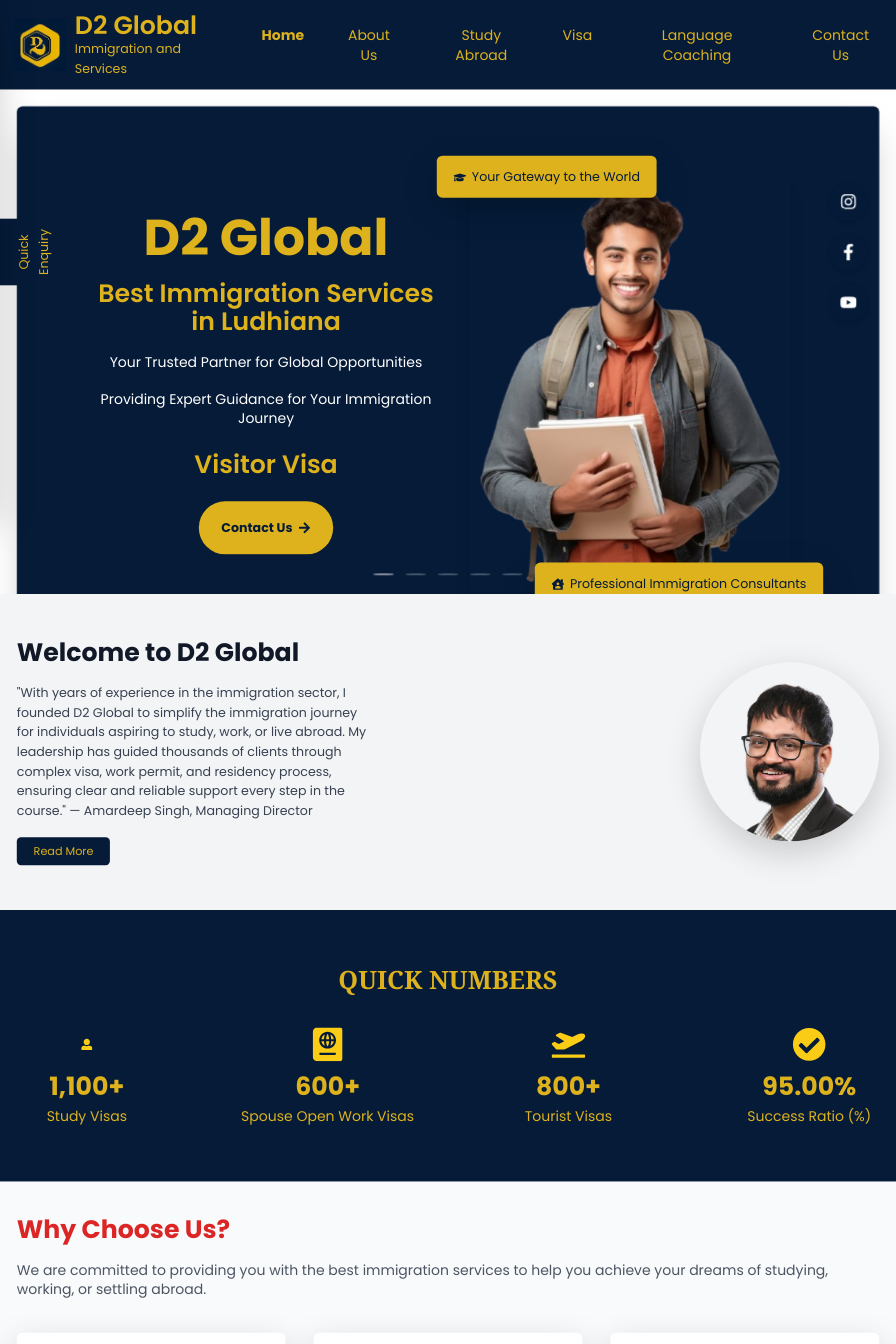
Repository: abhijeets54/d2globalbackup
Page: /
An editor plug-in stored every save of this project. The page is shown before and after a run of saves, followed by the edit.
The browser window is 1280 px wide. The pictures show the part of the page from y = 0 to 1920 px (the page is 6748 px tall), at 70% of full size.
The page's requests for data from a server got no answer. The project was rebuilt for these pictures with package versions that can differ from the ones it lists, and the page was loaded fresh each time. No one was signed in, and anything a server would have sent is missing. Also part of the build but not shown: vite.config.js, src/components/Button.jsx, src/components/PostCard.jsx, src/components/Input.jsx, src/components/PopupForm.jsx, src/components/Events.jsx, src/components/People.jsx, src/Newsletter/NewsletterComponent.jsx and 28 more. Imported but missing from the stored project, and not drawn on this page: src/components/Donate/RestoftheWorld.jsx, src/components/Donate/WithInIndia.jsx, src/components/JoinUs.jsx, src/components/Projects/Awareness.jsx, src/components/Projects/Education.jsx, src/components/Projects/HumanitarianAid.jsx, src/components/ThreePillars.jsx, src/pages/Donate.jsx and 2 more.

Above is the page before, as saved 2024-10-04 13:14:51.

### index.html
<!doctype html>
<html lang="en">
  <head>
    <meta charset="UTF-8" />
    <link rel="icon" type="image/svg+xml" href="/logo.webp" />
    <meta name="viewport" content="width=device-width, initial-scale=1.0" />
    <link href="https://fonts.googleapis.com/css2?family=Gothic+A1&family=Inconsolata:wght@200..900&family=Mukta:wght@200;300;400;500;600;700;800&family=Poppins:ital,wght@0,100;0,200;0,300;0,400;0,500;0,600;0,700;0,800;0,900;1,100;1,200;1,300;1,400;1,500;1,600;1,700;1,800;1,900&display=swap" rel="stylesheet">

    <link href="https://cdn.jsdelivr.net/npm/bootstrap@5.3.3/dist/css/bootstrap.min.css" rel="stylesheet" integrity="sha384-QWTKZyjpPEjISv5WaRU9OFeRpok6YctnYmDr5pNlyT2bRjXh0JMhjY6hW+ALEwIH" crossorigin="anonymous">
    <link
  rel="stylesheet"
  href="https://cdnjs.cloudflare.com/ajax/libs/font-awesome/5.15.3/css/all.min.css"
/>
    <title>D2 Global</title>
  </head>
  <body class="bg-slate-400">
    <div id="root"></div>
    <script src="https://cdn.jsdelivr.net/npm/bootstrap@5.3.3/dist/js/bootstrap.bundle.min.js" integrity="sha384-YvpcrYf0tY3lHB60NNkmXc5s9fDVZLESaAA55NDzOxhy9GkcIdslK1eN7N6jIeHz" crossorigin="anonymous"></script>
    <script type="module" src="/src/main.jsx"></script>
  </body>
</html>

### src/App.jsx
import React, { useState, useEffect } from 'react'
import './App.css'
import { Footer, Header } from './components'
import { Outlet } from 'react-router-dom'


function App() {
  const [loading, setLoading] = useState(false)

  return !loading ? (
    <div className='min-h-screen flex flex-wrap content-between bg-gray-400'>
      <div className='w-full block'>
        <Header />
        <main>
        <Outlet />
        </main>
        <Footer />
      </div>
    </div>
  ) : null
}

export default App

### src/pages/Home.jsx
import React, { useState } from 'react';
import { useNavigate } from 'react-router-dom';
import Collage from '../components/Collage';
import OurAssociates from '../components/OurAssociates';
import QuickNumbers from '../components/QuickNumbers';
import WhatPeopleAreSaying from '../components/WhatPeopleAreSaying';

import Register from '../components/Register';

import About from '../components/About';
import Offer from '../components/Offer';
import Countries from '../components/Countries';
import PopupForm from '../components/PopupForm';
import Events from '../components/Events';
import QuickEnquiry from '../components/ContactUs/QuickEnquiry';
import Choose from '../components/Choose';
import People from '../components/People';
import CollageWithAnimations from '../components/CollageWithAnimations';
function Home() {
  const navigate = useNavigate();
  const [showFullText, setShowFullText] = useState(false);

  const handleReadMore = () => {
    navigate('/About');
  };

  const handleMoreAboutUs = () => {
    setShowFullText(!showFullText);
  };

  return (
    <>
   {/* <CollageWithAnimations/> */}
      {/* <PopupForm /> */}
      <QuickEnquiry />
      <Collage />

        <About />
        {/* <People/> */}
        <QuickNumbers />
        <Choose/>
        <Offer />

        {/* <Timeline /> */}



            <Countries />


            <OurAssociates />

          <WhatPeopleAreSaying />
          {/* <Events /> */}

          <Register />


    </>
  );
}

export default Home;

### src/components/About.jsx
import React, { useEffect, useState, useRef } from 'react';
import { useNavigate } from 'react-router-dom';

const About = () => {
  const [slideIn, setSlideIn] = useState(false);
  const aboutSectionRef = useRef(null);
  const navigate = useNavigate();

  useEffect(() => {
    const observer = new IntersectionObserver(
      (entries) => {
        entries.forEach((entry) => {
          if (entry.isIntersecting) {
            setSlideIn(true);
          }
        });
      },
      {
        threshold: 0.3,
      }
    );

    if (aboutSectionRef.current) {
      observer.observe(aboutSectionRef.current);
    }

    return () => {
      if (aboutSectionRef.current) {
        observer.unobserve(aboutSectionRef.current);
      }
    };
  }, []);

  const handleReadMore = () => {
    navigate('/AboutUs');
  };

  return (
    <div ref={aboutSectionRef} className="flex items-center justify-center bg-gray-100 py-12 md:py-16">
      <div className="container mx-auto flex flex-col md:flex-row items-center justify-between px-4">

        {/* Sliding Text Content */}
        <div
          className={`transform transition-transform duration-1000 ${
            slideIn ? 'translate-x-0' : '-translate-x-full'
          } mt-8 md:mt-0 md:mr-10 max-w-lg text-left md:text-left`}
        >
          <h2 className="text-3xl md:text-4xl  font-bold mb-4 text-gray-900">Welcome to D2 Global</h2>
          <p className="text-base md:text-lg text-gray-700">
          "With years of experience in the immigration sector, I founded D2 Global to simplify the immigration journey for individuals aspiring to study, work, or live abroad. My leadership has guided thousands of clients through complex visa, work permit, and residency process, ensuring clear and reliable support every step in the course."

— Amardeep Singh, Managing Director
          </p>

          {/* Read More Button */}
          <button
            onClick={handleReadMore}
            className="mt-4 inline-block bg-customBlue text-customYellow px-6 py-2 rounded-md hover:bg-blue-600 transition-colors duration-300"
          >
            Read More
          </button>
        </div>

      {/* Sliding Image */}
<div
  className={`transform transition-transform duration-1000 ${
    slideIn ? 'translate-x-0' : 'translate-x-full'
  } mt-8 md:mt-0`}
>
  <img
    src="amar.webp"
    alt="Profile"
    className="rounded-full shadow-lg w-48 h-48 md:w-64 md:h-64 object-cover object-top mx-auto md:mx-0"
    style={{ objectPosition: 'top center' }} // This will center the face more
  />
</div>


      </div>
    </div>
  );
};

export default About;

### src/components/Layout.jsx
// src/components/Layout.jsx
import React from 'react';
import { Outlet, useNavigate } from 'react-router-dom';

const Layout = () => {
  const navigate = useNavigate();

  const handleDonateClick = () => {
    navigate('/Donate');
  };

  return (
    <div>
      <Outlet />
      {/* <a
        href="#top"
        className="fixed right-2 bottom-16 bg-blue-950 text-white hover:bg-yellow-500 py-1 px-2 rounded-2 h-8 w-10 mt-2"
        style={{ zIndex: 1000 }}
      >
        <img src="../../IOC Website pictures/icons8-top-50.png" alt="Go to top " />
      </a> */}
    </div>
  );
};

export default Layout;

### src/components/Collage.jsx
import React from 'react';
import { useNavigate } from 'react-router-dom';
import { FaInstagram, FaFacebookF, FaYoutube, FaArrowRight } from 'react-icons/fa';
import { motion } from 'framer-motion';
import CollageWithAnimations from './CollageWithAnimations';

function Collage() {
  const navigate = useNavigate();

  const handleSocialClick = (url) => {
    window.open(url, '_blank');
  };

  const slideContent = [
    {
      image: '/student.webp',
      title: 'Student Visa',
      description: 'Your Gateway to Global Education',
      buttonText: 'Explore Opportunities',
      link: '/StudyAbroad'
    },
    {
      image: '/tourist.webp',
      title: 'Tourist Visa',
      description: 'Unlock Incredible Travel Experiences',
      buttonText: 'Plan Your Adventure',
      link: '/TouristVisa'
    },
    {
      image: '/ielts.webp',
      title: 'Language Coaching',
      description: 'Master English, Open Global Doors',
      buttonText: 'Boost Your Skills',
      link: '/Training'
    },
    {
      image: '/canadaa.webp',
      title: 'Permanent Residency',
      description: 'Your Path to a New Home Abroad',
      buttonText: 'Start Your Journey',
      link: '/PR'
    }
  ];

  return (
    <div className="relative">
      <div
        id="carouselExampleCaptions"
        className="carousel slide carousel-fade"
        data-bs-ride="carousel"
        data-bs-interval="5000"
      >
        <div className="carousel-indicators">
          {[0, 1, 2, 3, 4].map((index) => (
            <button
              key={index}
              type="button"
              data-bs-target="#carouselExampleCaptions"
              data-bs-slide-to={index}
              className={`${index === 0 ? 'active' : ''} w-3 h-3 rounded-full bg-white bg-opacity-50 mx-2 transition-all duration-300 hover:bg-opacity-100`}
              aria-current={index === 0 ? 'true' : 'false'}
              aria-label={`Slide ${index + 1}`}
            ></button>
          ))}
        </div>

        <div className="carousel-inner">
          {/* Slide 1: CollageWithAnimations Component */}
          <div className="carousel-item active">
            <div className="relative h-screen">
              <CollageWithAnimations />
            </div>
          </div>

          {/* Other Slides */}
          {slideContent.map((slide, index) => (
            <div key={index} className="carousel-item">
              <div className="relative h-screen">
                <img
                  src={slide.image}
                  className="d-block w-full h-full object-cover"
                  alt={slide.title}
                />
                <div className="absolute inset-0 bg-gradient-to-b from-black/70 to-black/30 flex flex-col justify-center items-center">
                  <motion.div
                    className="text-center text-white px-4 max-w-3xl"
                    initial={{ opacity: 0, y: 50 }}
                    animate={{ opacity: 1, y: 0 }}
                    transition={{ duration: 0.5 }}
                  >
                    <h5 className="text-5xl md:text-7xl font-bold mb-6 text-customYellow">{slide.title}</h5>
                    <p className="mb-8 text-xl md:text-3xl font-light">{slide.description}</p>
                    <button
                      className="px-8 py-4 bg-customBlue text-white rounded-full text-lg md:text-xl font-semibold flex items-center justify-center mx-auto hover:bg-customYellow hover:text-customBlue transition-all duration-300 shadow-lg hover:shadow-xl transform hover:-translate-y-1"
                      onClick={() => navigate(slide.link)}
                    >
                      {slide.buttonText}
                      <FaArrowRight className="ml-3" />
                    </button>
                  </motion.div>
                </div>
              </div>
            </div>
          ))}
        </div>
      </div>

      {/* Social Media Buttons */}
      <div className="fixed right-4 md:right-10 top-1/2 transform -translate-y-1/2 flex flex-col space-y-4 z-50">
        {[
          { icon: FaInstagram, url: 'https://www.instagram.com/d2globalinfo?igsh=M244eHMycGdvZDhm' },
          { icon: FaFacebookF, url: 'https://www.facebook.com/profile.php?id=100013114175614&mibextid=LQQJ4d' },
          { icon: FaYoutube, url: 'http://www.youtube.com/@D2Global' }
        ].map((social, index) => (
          <motion.button
            key={index}
            className="w-14 h-14 flex items-center justify-center rounded-full bg-customBlue/80 hover:bg-customYellow text-white hover:text-customBlue transition-all duration-300 shadow-md hover:shadow-lg"
            onClick={() => handleSocialClick(social.url)}
            whileHover={{ scale: 1.1 }}
            whileTap={{ scale: 0.9 }}
          >
            <social.icon className="text-2xl" />
          </motion.button>
        ))}
      </div>
    </div>
  );
}

export default Collage;

### src/components/OurAssociates.jsx
import React from 'react';
import 'tailwindcss/tailwind.css';

const logos = [
  '/oxford.webp',
  '/regent.webp',
  '/webster.webp',
  '/avila.svg',
  '/iau.webp',
  '/bcnlip.webp',
  '/camino.webp',
  '/ihmgs.webp',
  '/uclan.webp',
  '/aura.webp',
  '/lyon.webp'
];

function OurAssociates() {
  return (
    <div className="bg-white py-8">
      <h4 className="text-center text-blue-950 mt-3 text-3xl font-semibold">OUR PARTNERS</h4>
      <br />
      <div className="overflow-hidden relative">
        <div className="flex animate-scroll1 space-x-4 sm:space-x-6 lg:space-x-8">
          {logos.concat(logos).map((logo, index) => (
            <div key={index} className="flex-shrink-0">
              <img
                src={logo}
                alt={`Logo ${index + 1}`}
                className="h-24 w-24 sm:h-32 sm:w-32 lg:h-40 lg:w-40 object-contain"
              />
            </div>
          ))}
        </div>
      </div>
    </div>
  );
}

export default OurAssociates;

### src/components/QuickNumbers.jsx
import React, { useEffect, useState, useRef } from 'react';
import CountUp from 'react-countup';
import { FaUserAlt, FaPassport, FaPlaneDeparture, FaCheckCircle } from 'react-icons/fa';
import 'tailwindcss/tailwind.css';

const data = [
  {
    icon: <FaUserAlt className="h-12 w-12++ text-yellow-400 mb-2" />,
    number: 1100,
    label: 'Study Visas'
  },
  {
    icon: <FaPassport className="h-12 w-12 text-yellow-400 mb-2" />,
    number: 600,
    label: 'Spouse Open Work Visas'
  },
  {
    icon: <FaPlaneDeparture className="h-12 w-12 text-yellow-400 mb-2" />,
    number: 800,
    label: 'Tourist Visas'
  },
  {
    icon: <FaCheckCircle className="h-12 w-12 text-yellow-400 mb-2" />,
    number: 95,
    label: 'Success Ratio (%)',
    isDecimal: true,
  }
];

function QuickNumbers() {
  const [showCounts, setShowCounts] = useState(false);
  const quickNumbersRef = useRef(null);

  useEffect(() => {
    const observer = new IntersectionObserver(
      (entries) => {
        if (entries[0].isIntersecting) {
          setShowCounts(true);
        }
      },
      { threshold: 0.2 }
    );

    if (quickNumbersRef.current) {
      observer.observe(quickNumbersRef.current);
    }

    return () => {
      if (quickNumbersRef.current) {
        observer.unobserve(quickNumbersRef.current);
      }
    };
  }, []);

  return (
    <div ref={quickNumbersRef} className="bg-customBlue py-8 w-full">
      <h2 className="text-center text-2xl sm:text-4xl font-serif font-extrabold text-customYellow pt-5 mb-8">
        QUICK NUMBERS
      </h2>

      {/* Responsive Grid Layout */}
      <div className="grid grid-cols-1 sm:grid-cols-2 lg:grid-cols-4 gap-8 lg:gap-24 mt-5 pb-5">
        {data.map((item, index) => (
          <div key={index} className="text-center text-customYellow flex flex-col items-center">
            <div className="quicknumber flex flex-col justify-center items-center">
              <div className="icon mb-2">{item.icon}</div>
              <h3 className="text-2xl sm:text-4xl font-bold">
                {showCounts && (
                  <CountUp
                    end={item.number}
                    duration={7}
                    decimals={item.isDecimal ? 2 : 0}
                    suffix={item.isDecimal ? "%" : "+"}
                  />
                )}
              </h3>
              <p className="mt-2 text-base sm:text-xl">{item.label}</p>
            </div>
          </div>
        ))}
      </div>
    </div>
  );
}

export default QuickNumbers;

### src/components/Offer.jsx
import React from 'react';
import { Link } from 'react-router-dom';
import 'tailwindcss/tailwind.css';

function Offer() {
  const studyAbroadImageUrl = '/student.webp'; // Update with actual image URL
  const ieltsPteImageUrl = '/ielts3.webp'; // Update with actual image URL
  const touristVisaImageUrl = '/tourist.webp'; // Update with actual image URL

  return (
    <div className="mx-auto bg-customBlue
    0 p-6 md:p-10 shadow">
      <h4 className="text-center text-customBlue mt-3 text-xl"></h4>
      <h2 className="text-center text-3xl font-serif  text-customYellow sm:text-4xl mt-3  font-extrabold mb-10 md:mb-16">What We Offer</h2>

      <div className="grid grid-cols-1 sm:grid-cols-2 md:grid-cols-3 gap-6">
        {/* First card: Study Abroad */}
        <div className="col cursor-pointer transform transition-transform hover:scale-105">
          <Link to="/StudyAbroad">
            <div className="card h-full bg-white rounded-lg shadow overflow-hidden">
              <img
                src={studyAbroadImageUrl}
                className="w-full h-52 sm:h-64 md:h-72 object-cover"
                alt="Study Abroad"
              />
              <div className="p-4">
                <h5 className="text-center text-lg sm:text-xl font-bold">Study Abroad</h5>
              </div>
            </div>
          </Link>
        </div>

        {/* Second card: IELTS/PTE */}
        <div className="col cursor-pointer transform transition-transform hover:scale-105">
          <Link to="/Training">
            <div className="card h-full bg-white rounded-lg shadow overflow-hidden">
              <img
                src={ieltsPteImageUrl}
                className="w-full h-52 sm:h-64 md:h-72 object-cover"
                alt="IELTS/PTE"
              />
              <div className="p-4">
                <h5 className="text-center text-lg sm:text-xl font-bold">Language Coaching</h5>
              </div>
            </div>
          </Link>
        </div>

        {/* Third card: Tourist Visa */}
        <div className="col cursor-pointer transform transition-transform hover:scale-105">
          <Link to="/TouristVisa">
            <div className="card h-full bg-white rounded-lg shadow overflow-hidden">
              <img
                src={touristVisaImageUrl}
                className="w-full h-52 sm:h-64 md:h-72 object-cover"
                alt="Tourist Visa"
              />
              <div className="p-4">
                <h5 className="text-center text-lg sm:text-xl font-bold">Tourist Visa</h5>
              </div>
            </div>
          </Link>
        </div>
      </div>
    </div>
  );
}

export default Offer;

### src/components/container/Container.jsx
import React from 'react'

function Container({ children }) {
  return <div className='w-full'>{children}</div>
}

export default Container

### src/components/Logo.jsx
import React from 'react';
import logo from '/logo.webp'; // Adjust path as necessary

function Logo() {
  return (
    <div>
      <img src={logo} alt="logo" height={75} width={75}/>
    </div>
  );
}

export default Logo;

Loaded but not shown: tailwind.config.js (35 lines, source omitted); src/components/index.js (19 lines, source omitted); src/components/Header/Header.jsx (265 lines, source omitted); src/components/ContactUs/QuickEnquiry.jsx (202 lines, source omitted); src/components/Countries.jsx (133 lines, source omitted); src/components/Choose.jsx (155 lines, source omitted); src/components/Register.jsx (150 lines, source omitted); src/components/CollageWithAnimations.jsx (129 lines, source omitted); src/main.jsx (100 lines, source omitted); src/components/WhatPeopleAreSaying.jsx (112 lines, source omitted); src/components/ContactUs/ContactUs.jsx (85 lines, source omitted); src/App.css (212 lines, source omitted); src/index.css (166 lines, source omitted)

After the next 2 saves:
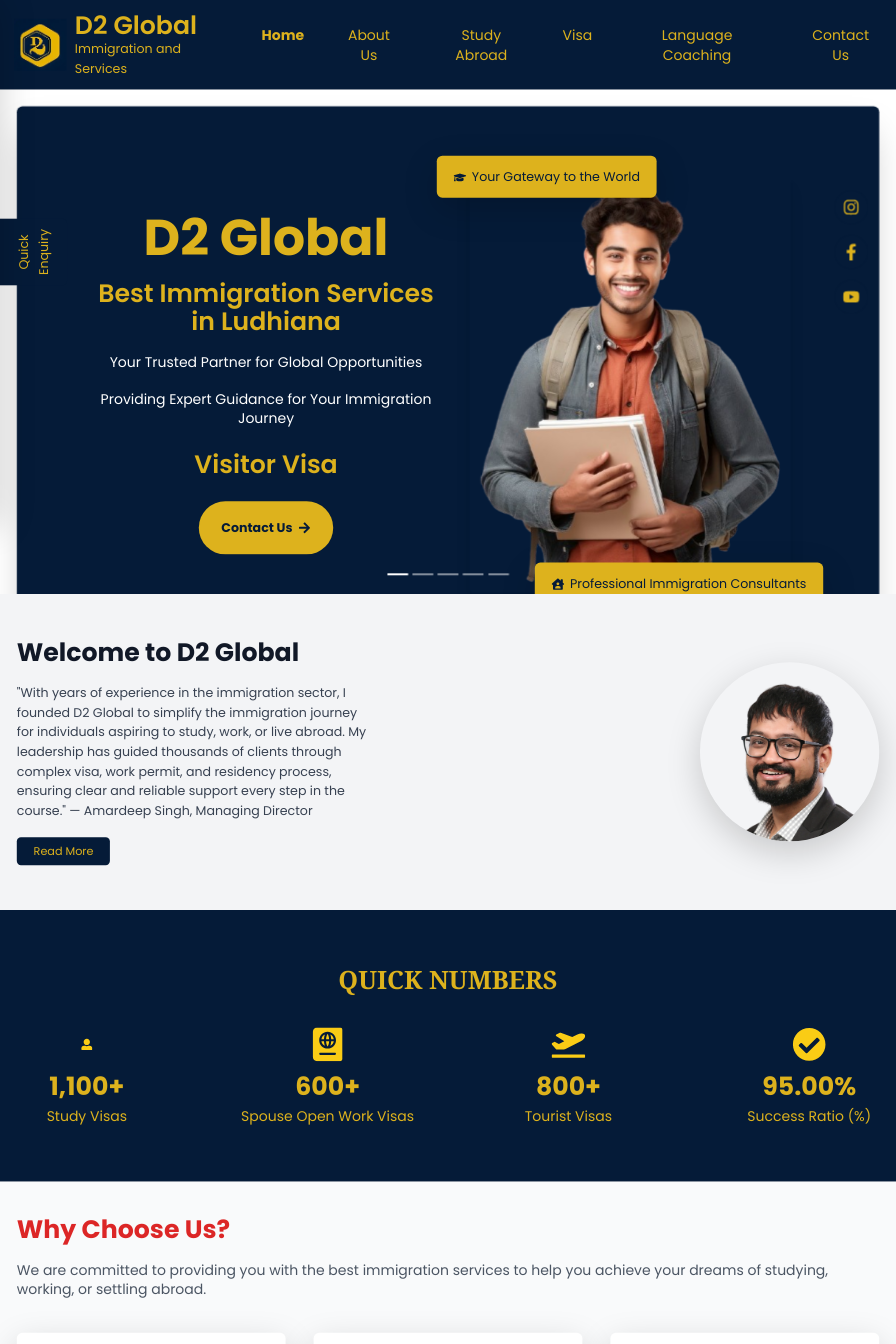
The 2 saves are shown as one change because they came seconds apart.
The last was saved 35 s later.
--- a/src/components/Collage.jsx
+++ b/src/components/Collage.jsx
@@ -57,7 +57,7 @@
               type="button"
               data-bs-target="#carouselExampleCaptions"
               data-bs-slide-to={index}
-              className={`${index === 0 ? 'active' : ''} w-3 h-3 rounded-full bg-white bg-opacity-50 mx-2 transition-all duration-300 hover:bg-opacity-100`}
+              className={index === 0 ? 'active' : ''}
               aria-current={index === 0 ? 'true' : 'false'}
               aria-label={`Slide ${index + 1}`}
             ></button>
@@ -81,21 +81,21 @@
                   className="d-block w-full h-full object-cover"
                   alt={slide.title}
                 />
-                <div className="absolute inset-0 bg-gradient-to-b from-black/70 to-black/30 flex flex-col justify-center items-center">
+                <div className="absolute inset-0 bg-black bg-opacity-50 flex flex-col justify-center items-center">
                   <motion.div
-                    className="text-center text-white px-4 max-w-3xl"
+                    className="text-center text-white px-4"
                     initial={{ opacity: 0, y: 50 }}
                     animate={{ opacity: 1, y: 0 }}
                     transition={{ duration: 0.5 }}
                   >
-                    <h5 className="text-5xl md:text-7xl font-bold mb-6 text-customYellow">{slide.title}</h5>
-                    <p className="mb-8 text-xl md:text-3xl font-light">{slide.description}</p>
+                    <h5 className="text-4xl md:text-6xl font-bold mb-4">{slide.title}</h5>
+                    <p className="mb-6 text-xl md:text-2xl">{slide.description}</p>
                     <button
-                      className="px-8 py-4 bg-customBlue text-white rounded-full text-lg md:text-xl font-semibold flex items-center justify-center mx-auto hover:bg-customYellow hover:text-customBlue transition-all duration-300 shadow-lg hover:shadow-xl transform hover:-translate-y-1"
+                      className="px-6 py-3 bg-customBlue text-customYellow rounded-full text-lg md:text-xl flex items-center justify-center mx-auto hover:bg-customYellow hover:text-customBlue transition-colors duration-300"
                       onClick={() => navigate(slide.link)}
                     >
                       {slide.buttonText}
-                      <FaArrowRight className="ml-3" />
+                      <FaArrowRight className="ml-2" />
                     </button>
                   </motion.div>
                 </div>
@@ -114,7 +114,7 @@
         ].map((social, index) => (
           <motion.button
             key={index}
-            className="w-14 h-14 flex items-center justify-center rounded-full bg-customBlue/80 hover:bg-customYellow text-white hover:text-customBlue transition-all duration-300 shadow-md hover:shadow-lg"
+            className="w-12 h-12 flex items-center justify-center rounded-full bg-customBlue hover:bg-white text-customYellow hover:text-customBlue transition-colors duration-300"
             onClick={() => handleSocialClick(social.url)}
             whileHover={{ scale: 1.1 }}
             whileTap={{ scale: 0.9 }}
